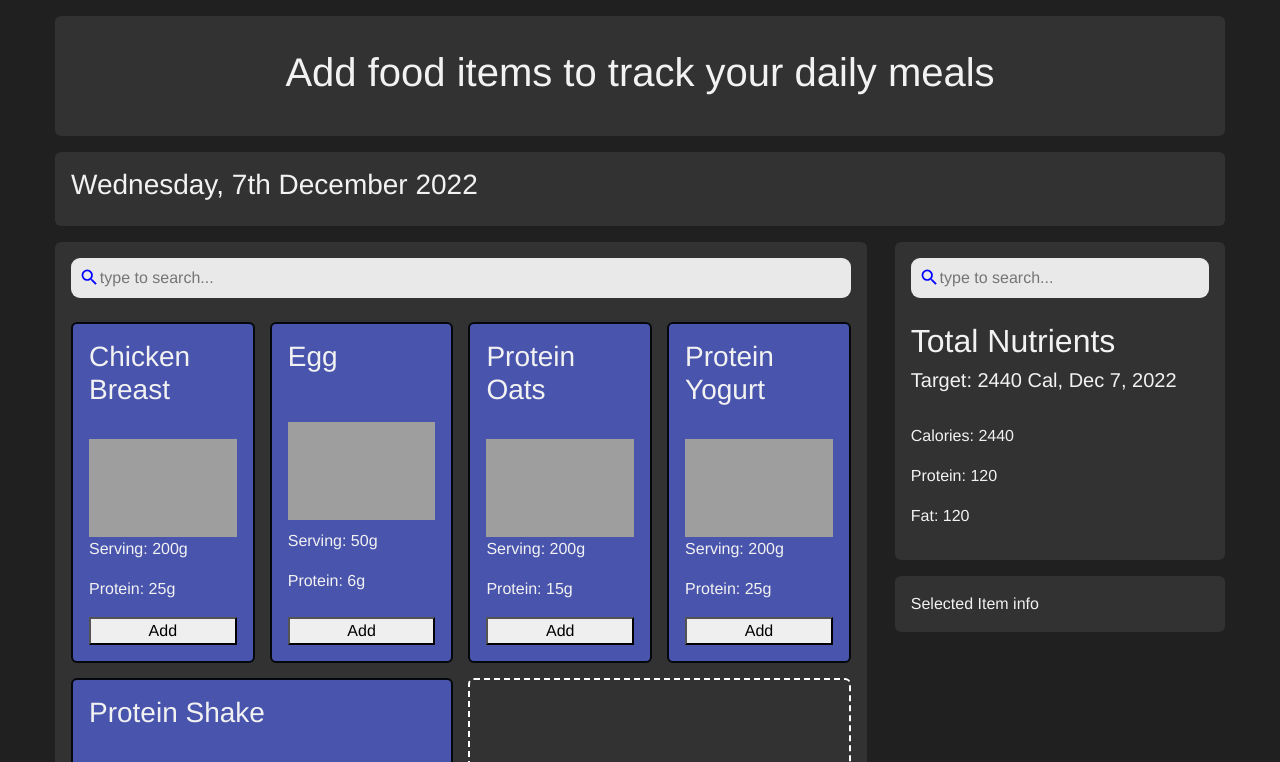
Repository: CEEPREL/NutritionTracker
Page: /
These files come from the project's save history. The page is drawn as it stood at one moment and after the next save; the edit follows.
The browser window is 1280 px wide. The pictures show the part of the page from y = 0 to 762 px (the page is 1151 px tall).
Pictures or frames that could not be fetched are drawn as grey boxes. The project was rebuilt for these pictures with package versions that can differ from the ones it lists, and the page was loaded fresh each time. Also part of the build but not shown: vite.config.js.

Above is the page before, as saved 2022-12-08 19:03:54.

After the next save:
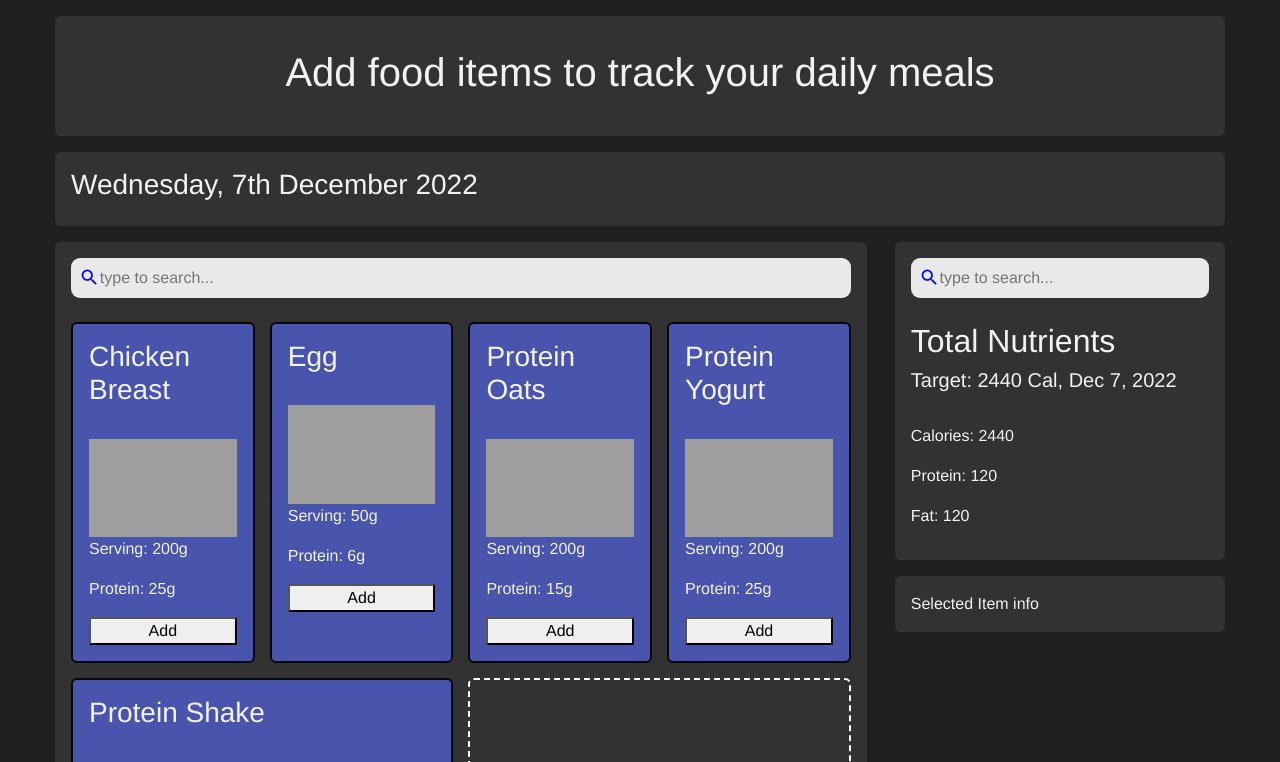
Saved 18 s later.
--- a/src/App.css
+++ b/src/App.css
@@ -82,7 +82,7 @@ body {
   display: flex;
   flex-direction: column;
   align-items: left;
-  justify-content: space-between;
+  justify-content: top;
   flex: 1;
   cursor: pointer;
 
